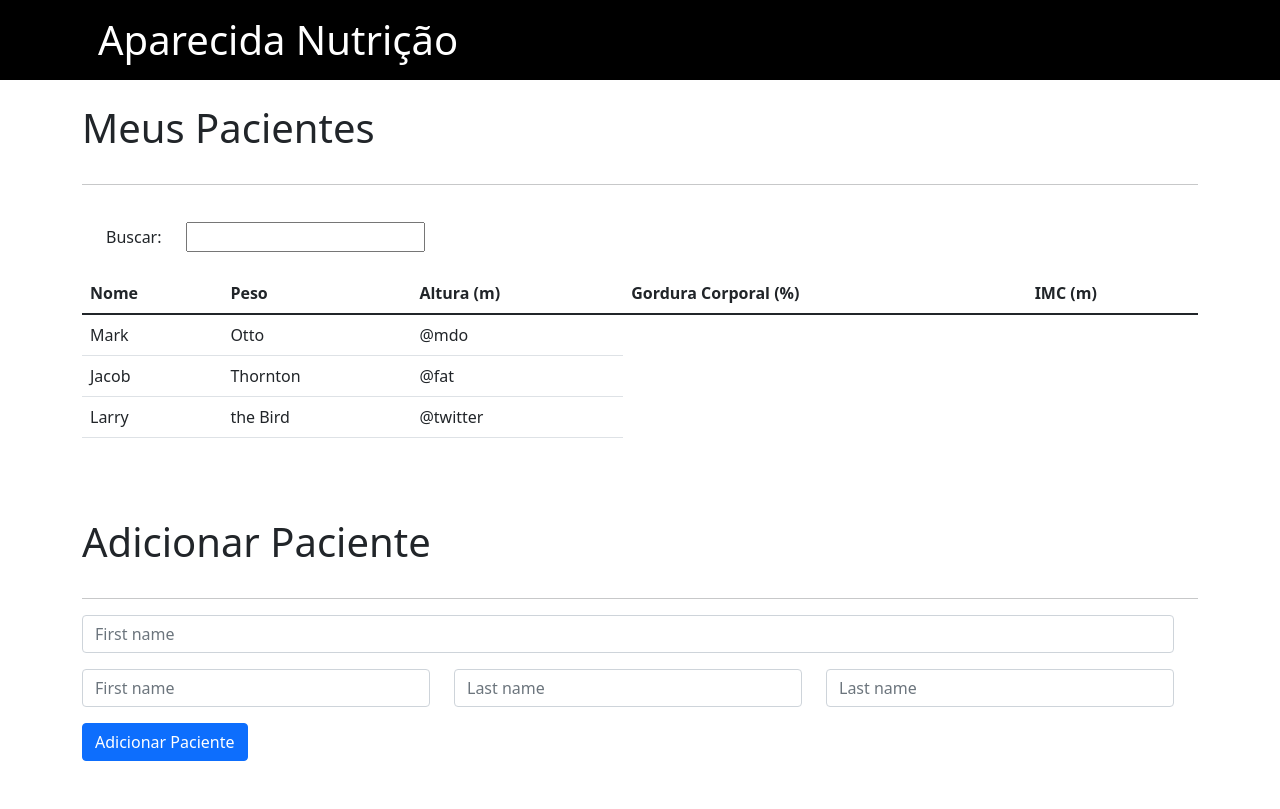
Repository: eversonps/app-paciente
Page: / (app in frontend/)
These files come from the project's save history. The page is drawn as it stood at one moment and after the next save; the edit follows.
The browser window is 1280 px wide. The pictures show the whole page.
The project was rebuilt for these pictures with package versions that can differ from the ones it lists, and the page was loaded fresh each time.

Above is the page before, as saved 2022-03-28 14:46:43.

After the next save:
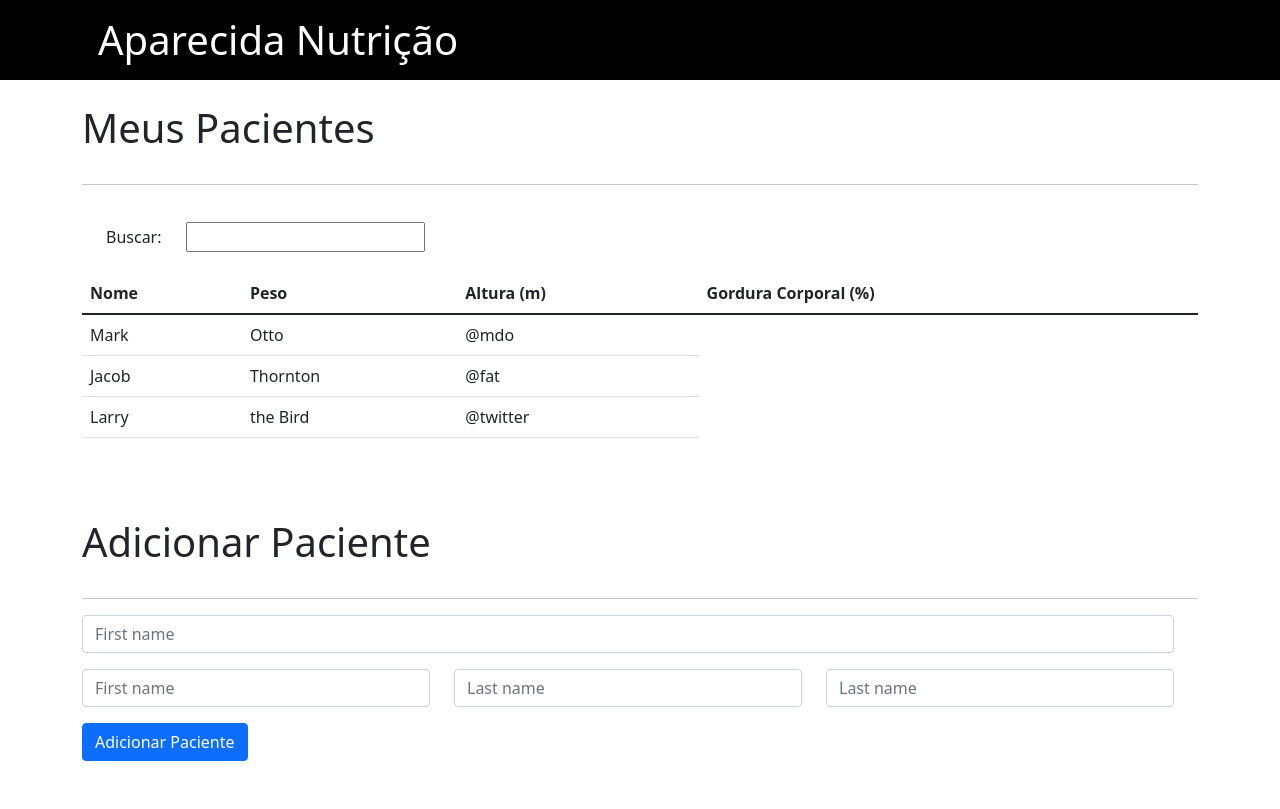
Saved 6 s later.
--- a/frontend/src/Templates/Table.jsx
+++ b/frontend/src/Templates/Table.jsx
@@ -9,7 +9,7 @@ export default props => (
                 <th scope="col">Peso</th>
                 <th scope="col">Altura (m)</th>
                 <th scope="col">Gordura Corporal (%)</th>
-                <th scope="col">IMC (m)</th>
+                <th scope="col"></th>
             </tr>
         </thead>
         <tbody>
